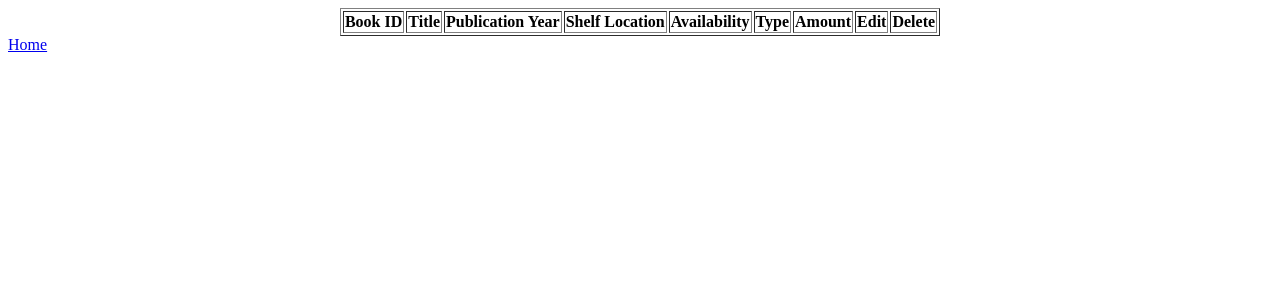
Repository: maximusprimeavenger/LibraryJavaServlet
Page: http://localhost/Servlet/bookListUser
An editor plug-in stored every save of this project. The page is shown before and after the next save, followed by the edit.
The browser window is 1280 px wide. The pictures show the whole page.
The page is served by Tomcat 10. Other server files are loaded and not shown. Queries for data that is not in the repository find no rows.

Above is the page before, as saved 2024-04-02 16:41:01.

### Servlet/src/main/java/garvit/BookListUser.java
package garvit;

import java.io.IOException;
import java.io.PrintWriter;
import java.sql.Connection;
import java.sql.DriverManager;
import java.sql.PreparedStatement;
import java.sql.ResultSet;
import java.sql.SQLException;

import jakarta.servlet.ServletException;
import jakarta.servlet.annotation.WebServlet;
import jakarta.servlet.http.HttpServlet;
import jakarta.servlet.http.HttpServletRequest;
import jakarta.servlet.http.HttpServletResponse;

@WebServlet("/bookListUser")
public class BookListUser extends HttpServlet {
private static final String query = "Select publication_id, title, publication_year, shelf_location, type, amount_of_book from Publications";
@Override
protected void doGet(HttpServletRequest req, HttpServletResponse response) throws ServletException, IOException {
response.setContentType("text/html");
PrintWriter out = response.getWriter();

String url = "jdbc:sqlserver://MAX;databaseName=Library;encrypt=true;trustServerCertificate=true";
String user = "newlogin";
String password = "Maks2005";

try {
	Class.forName("com.microsoft.sqlserver.jdbc.SQLServerDriver");
    try (Connection con = DriverManager.getConnection(url, user, password);
    		PreparedStatement ps = con.prepareStatement(query)) {
    	    ResultSet rs = ps.executeQuery();
    	    out.println("<table border ='1' align= 'center'>");
    	    out.println("<tr>");
            out.println("<th>Book ID</th>");
            out.println("<th>Title</th>");
            out.println("<th>Publication Year</th>");
            out.println("<th>Shelf Location</th>");
            out.println("<th>Availability</th>");
            out.println("<th>Type</th>");
            out.println("<th>Amount</th>");
            out.println("<th>Edit</th>");
            out.println("<th>Delete</th>");
            out.println("</tr>");
            while(rs.next()){
                out.println("<tr>");
                out.println("<td>"+rs.getInt(1)+"</td>");
                out.println("<td>"+rs.getString(2)+"</td>");
                out.println("<td>"+rs.getInt(3)+"</td>");
                out.println("<td>"+rs.getString(4)+"</td>");
                out.println("<td>"+rs.getBoolean(5)+"</td>");
                out.println("<td>"+rs.getString(6)+"</td>");
                out.println("<td>"+rs.getInt(7)+"</td>");
                out.println("</tr>");
            }
            out.println("</table>");
    }
}
catch (ClassNotFoundException | SQLException e) {
    e.printStackTrace();
    out.println("<h1>" + e.getMessage() + "</h1>");
}
out.println("<a href ='Account.html'>Home</a>");
}
}

After the next save:
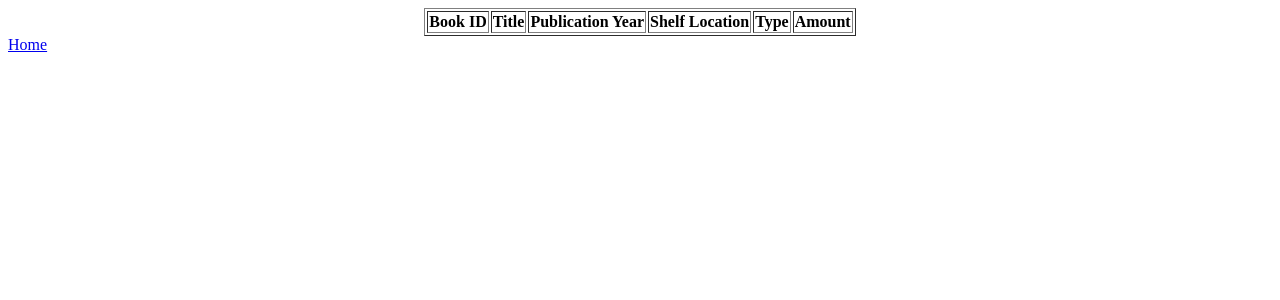
Saved 85 s later.
--- a/Servlet/src/main/java/garvit/BookListUser.java
+++ b/Servlet/src/main/java/garvit/BookListUser.java
@@ -37,11 +37,8 @@ try {
             out.println("<th>Title</th>");
             out.println("<th>Publication Year</th>");
             out.println("<th>Shelf Location</th>");
-            out.println("<th>Availability</th>");
             out.println("<th>Type</th>");
             out.println("<th>Amount</th>");
-            out.println("<th>Edit</th>");
-            out.println("<th>Delete</th>");
             out.println("</tr>");
             while(rs.next()){
                 out.println("<tr>");
@@ -49,7 +46,6 @@ try {
                 out.println("<td>"+rs.getString(2)+"</td>");
                 out.println("<td>"+rs.getInt(3)+"</td>");
                 out.println("<td>"+rs.getString(4)+"</td>");
-                out.println("<td>"+rs.getBoolean(5)+"</td>");
                 out.println("<td>"+rs.getString(6)+"</td>");
                 out.println("<td>"+rs.getInt(7)+"</td>");
                 out.println("</tr>");
